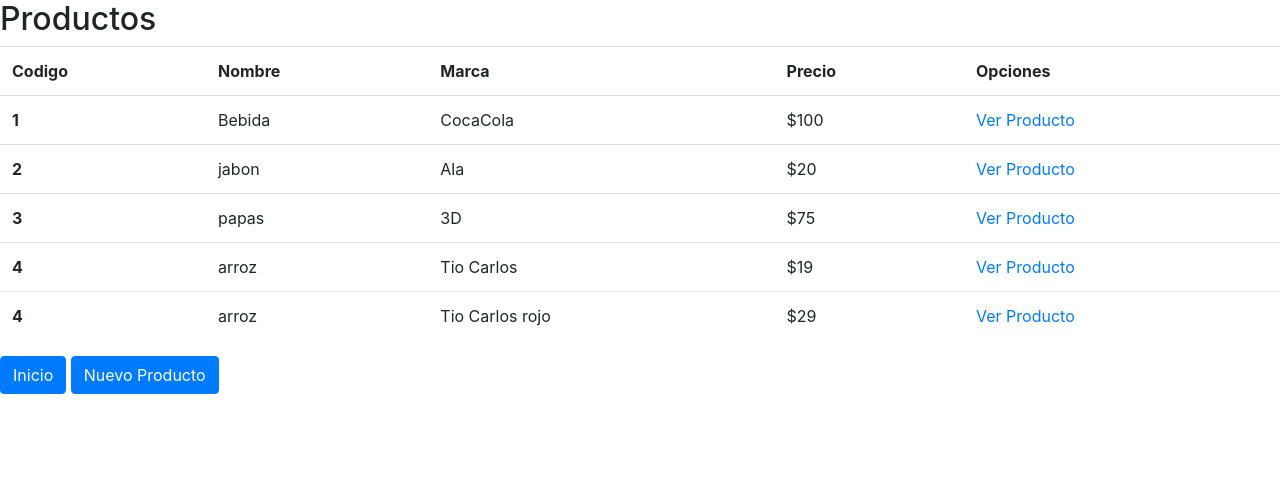
Repository: Alemartinez97/New-Repository
Page: programacion-3/tp4/producto.html
An editor plug-in stored every save of this project. The page is shown before and after the next save, followed by the edit.
The browser window is 1280 px wide. The pictures show the whole page.

Above is the page before, as saved 2020-06-11 15:00:55.

After the next save:
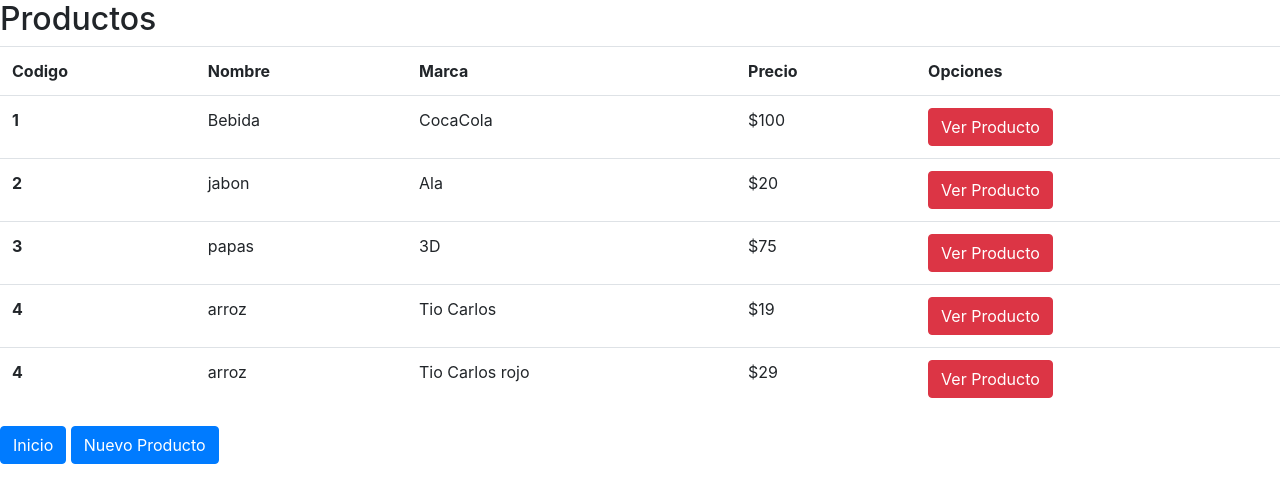
Saved 31 s later.
--- a/programacion-3/tp4/producto.html
+++ b/programacion-3/tp4/producto.html
@@ -22,35 +22,35 @@
             <td>Bebida</td>
             <td>CocaCola</td>
             <td>$100</td>
-            <td><a href="verProducto.html">Ver Producto</a></td>
+            <td><a href="verProducto.html" class="btn btn-danger">Ver Producto</a></td>
           </tr>
           <tr>
             <th>2</th>
             <td>jabon</td>
             <td>Ala</td>
             <td>$20</td>
-            <td><a href="verProducto.html">Ver Producto</a></td>
+            <td><a href="verProducto.html" class="btn btn-danger">Ver Producto</a></td>
           </tr>
           <tr>
             <th>3</th>
             <td>papas</td>
             <td>3D</td>
             <td>$75</td>
-            <td><a href="verProducto.html">Ver Producto</a></td>
+            <td><a href="verProducto.html" class="btn btn-danger">Ver Producto</a></td>
           </tr>
           <tr>
             <th>4</th>
             <td>arroz</td>
             <td>Tio Carlos</td>
             <td>$19</td>
-            <td><a href="verProducto.html">Ver Producto</a></td>
+            <td><a href="verProducto.html" class="btn btn-danger">Ver Producto</a></td>
           </tr>
           <tr>
             <th>4</th>
             <td>arroz</td>
             <td>Tio Carlos rojo</td>
             <td>$29</td>
-            <td><a href="verProducto.html">Ver Producto</a></td>
+            <td><a href="verProducto.html" class="btn btn-danger">Ver Producto</a></td>
           </tr>
         </tbody>
       </table>
